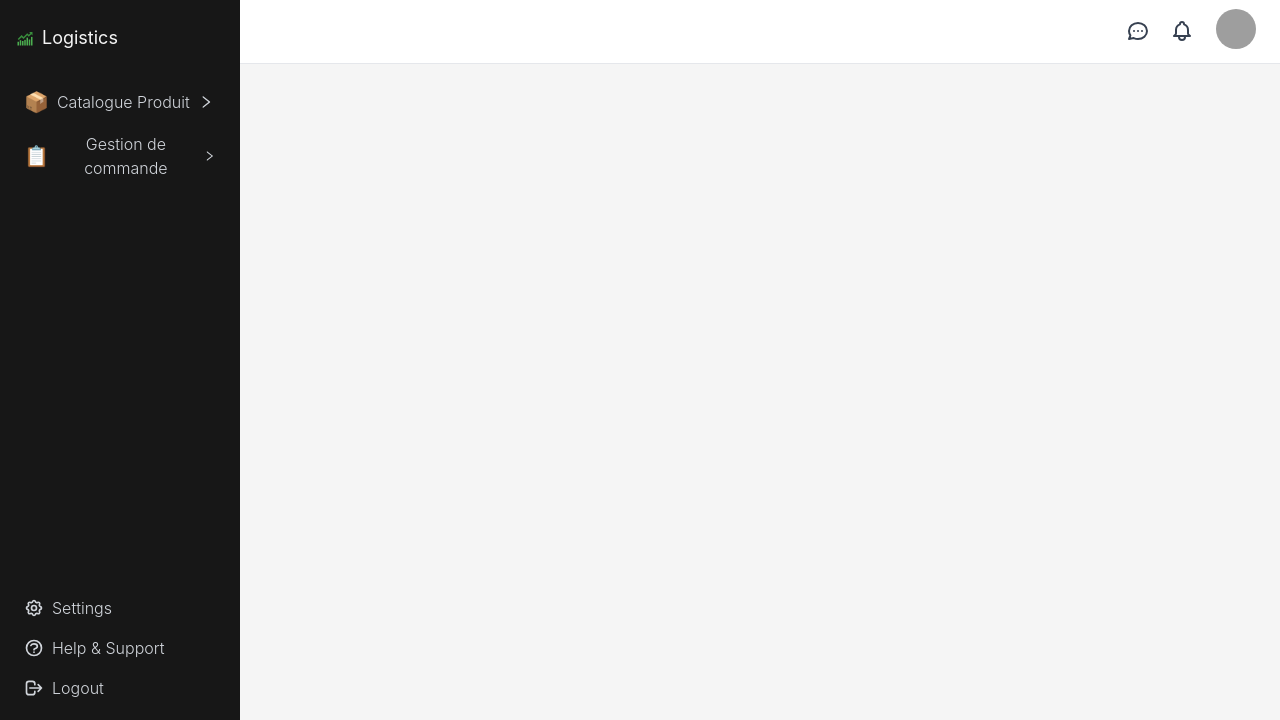
Repository: Mayar2222/Dashboard
Page: /
The author's editor kept a copy of each file at every save. The page is drawn from the files as they stood at one save, then again after a run of saves.
The browser window is 1280 px wide. The pictures show the whole page.
Pictures or frames that could not be fetched are drawn as grey boxes. The project was rebuilt for these pictures with package versions that can differ from the ones it lists, and the page was loaded fresh each time. Also part of the build but not shown: src/components/CatalogueProduits.jsx, src/components/Categories.jsx.

Above is the page before, as saved 2024-07-28 17:53:00.

After the next 2 saves:
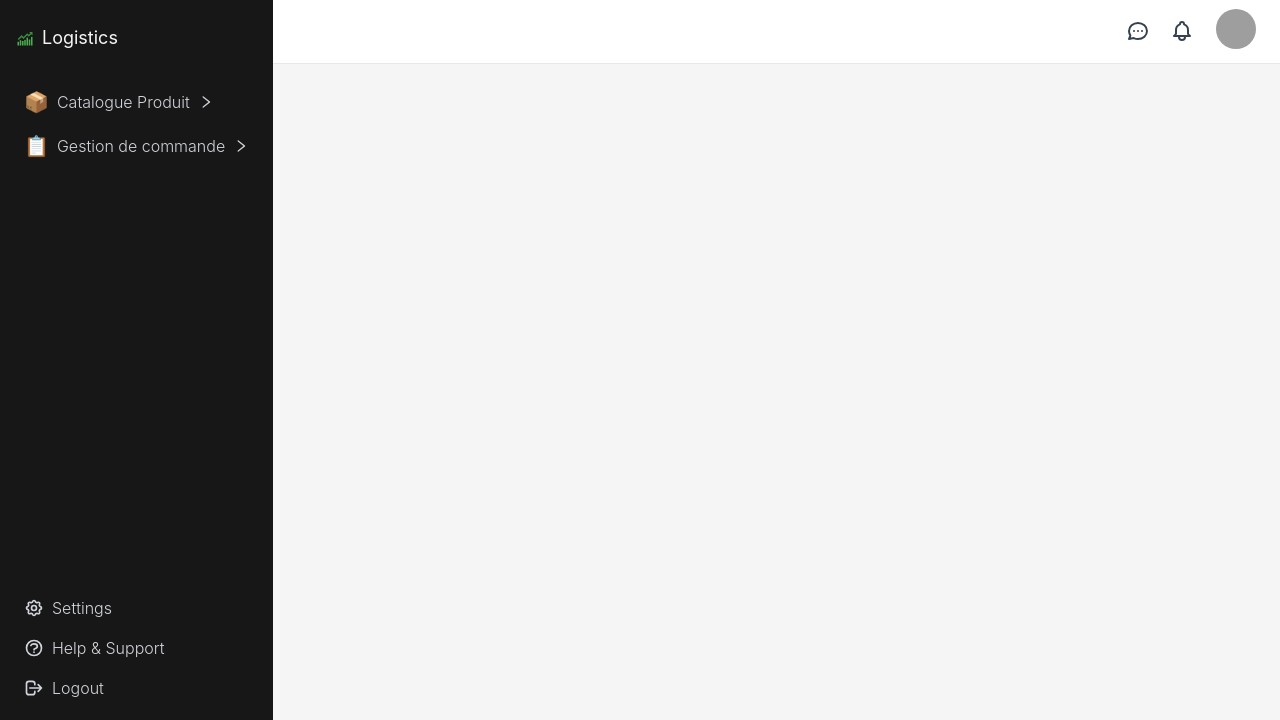
The 2 saves are shown as one change because they came seconds apart.
The last was saved 56 s later.
--- a/src/components/shared/Sidebar.jsx
+++ b/src/components/shared/Sidebar.jsx
@@ -24,7 +24,7 @@
   };
 
   return (
-    <div className="bg-neutral-900 w-60 p-3 flex flex-col text-white h-full fixed">
+    <div className="bg-neutral-900 w-70 p-3 flex flex-col text-white h-full fixed">
       <div className={titleClasses}>
         <FcBullish />
         <span>Logistics</span>
